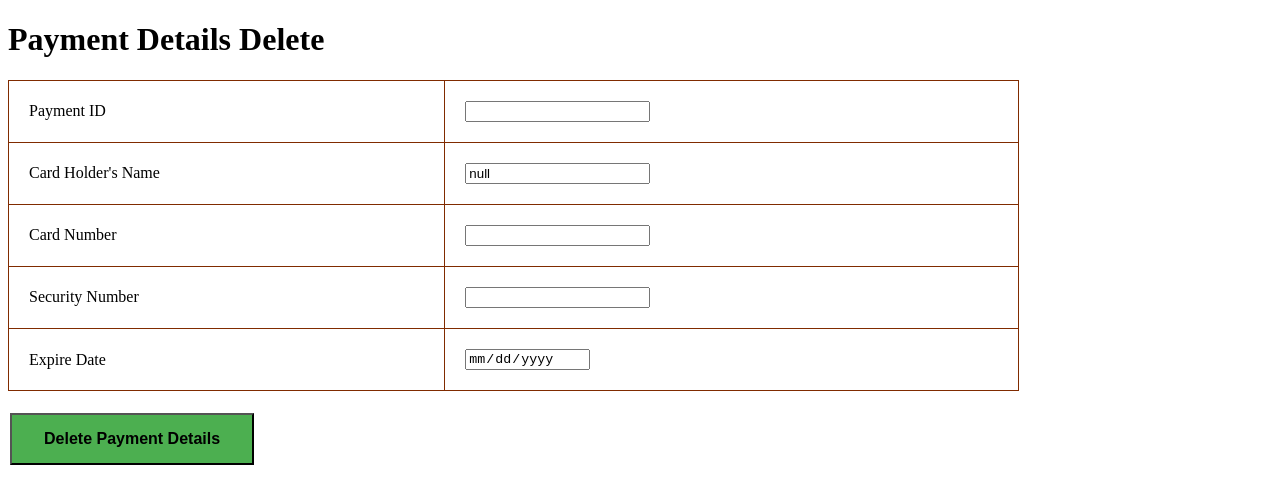
Repository: sandeepa9803/OOP---Online-Travel-web-application
Page: http://localhost/PaymentNew/deletepayment.jsp
An editor plug-in stored every save of this project. The page is shown before and after the next save, followed by the edit.
The browser window is 1280 px wide. The pictures show the whole page.
The page is served by Tomcat 9.

Above is the page before, as saved 2021-10-11 12:18:51.

After the next save:
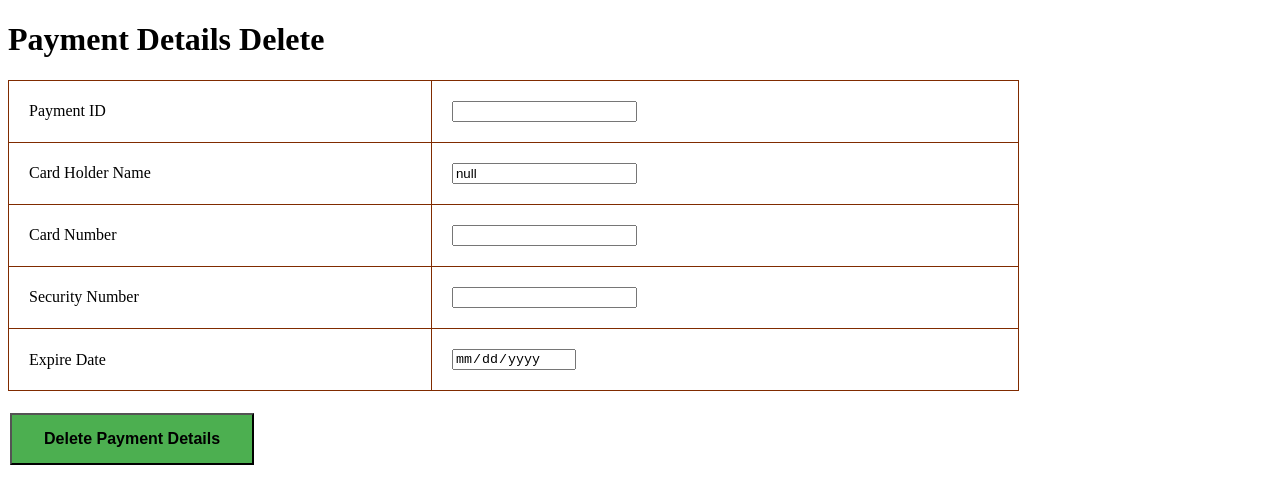
Saved 13 s later.
--- a/PaymentNew/WebContent/deletepayment.jsp
+++ b/PaymentNew/WebContent/deletepayment.jsp
@@ -80,7 +80,7 @@ th, td {
     </tr>
 
     <tr>
-    <td> Card Holder's Name </td>
+    <td> Card Holder Name </td>
      <td><input type ="text" name="cardholder" value="<%=CardHoldersName%>" readonly></td>
      </tr>
 
